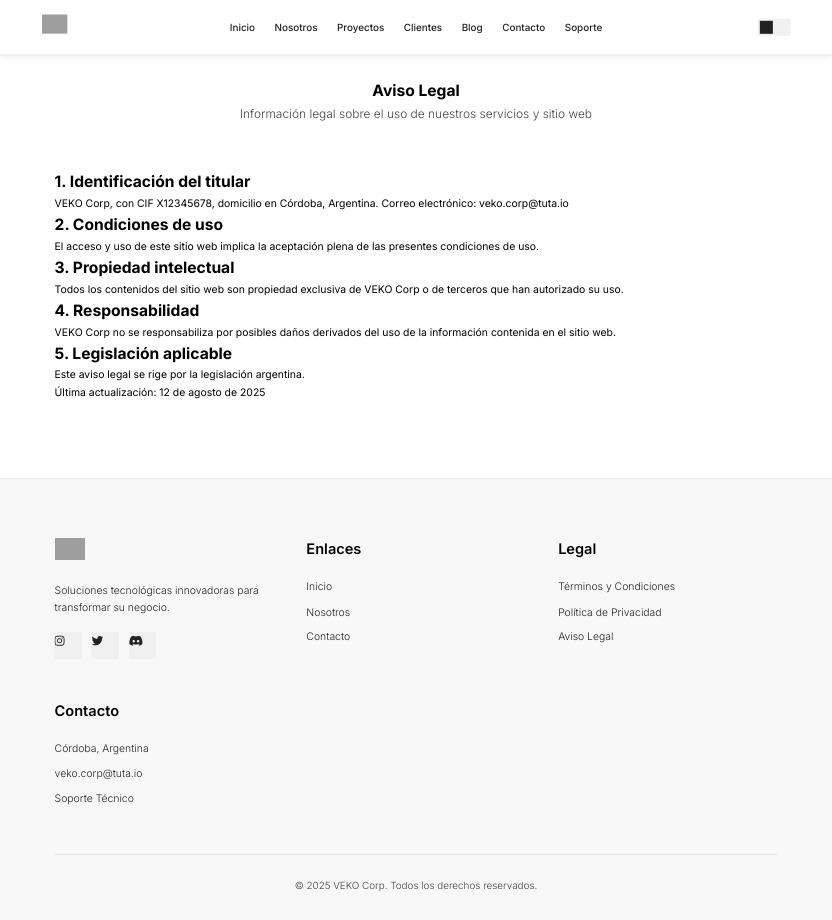
Repository: VEKO-Corp/veko-web
Page: aviso-legal.html
An editor plug-in stored every save of this project. The page is shown before and after the next save, followed by the edit.
The browser window is 1280 px wide. The pictures show the whole page, at 65% of full size.
Pictures or frames that could not be fetched are drawn as grey boxes.

Above is the page before, as saved 2025-08-11 20:59:48.

### aviso-legal.html
<!DOCTYPE html>
<html lang="es">
<head>
    <meta charset="UTF-8">
    <meta name="viewport" content="width=device-width, initial-scale=1.0">
    <title>VEKO - Aviso Legal</title>
    <link href="https://fonts.googleapis.com/css2?family=Inter:wght@300;400;500;600;700&display=swap" rel="stylesheet">
    <link rel="stylesheet" href="css/style.css">
    <link rel="stylesheet" href="https://cdnjs.cloudflare.com/ajax/libs/font-awesome/6.4.0/css/all.min.css">
</head>
<body>
    <header>
        <div class="container header-container">
            <a href="index.html" class="logo">
                <img id="logo-image" src="img/logo-light.png" alt="VEKO">
            </a>
            <button class="mobile-menu-btn">☰</button>
            <nav>
                <ul>
                    <li><a href="index.html">Inicio</a></li>
                    <li><a href="nosotros.html">Nosotros</a></li>
                    <li><a href="proyectos.html">Proyectos</a></li>
                    <li><a href="clientes.html">Clientes</a></li>
                    <li><a href="blog.html">Blog</a></li>
                    <li><a href="contacto.html">Contacto</a></li>
                    <li><a href="soporte.html">Soporte</a></li>
                </ul>
            </nav>
            <div class="theme-toggle" id="themeToggle" aria-label="Cambiar tema">
                <div class="switch-handle"></div>
            </div>
        </div>
    </header>

    <section class="section">
        <div class="container">
            <div class="section-title">
                <h1>Aviso Legal</h1>
                <p>Información legal sobre el uso de nuestros servicios y sitio web</p>
            </div>

            <div class="legal-content">
                <h2>1. Identificación del titular</h2>
                <p>VEKO Corp, con CIF X12345678, domicilio en Córdoba, Argentina. Correo electrónico: veko.corp@tuta.io</p>

                <h2>2. Condiciones de uso</h2>
                <p>El acceso y uso de este sitio web implica la aceptación plena de las presentes condiciones de uso.</p>

                <h2>3. Propiedad intelectual</h2>
                <p>Todos los contenidos del sitio web son propiedad exclusiva de VEKO Corp o de terceros que han autorizado su uso.</p>

                <h2>4. Responsabilidad</h2>
                <p>VEKO Corp no se responsabiliza por posibles daños derivados del uso de la información contenida en el sitio web.</p>

                <h2>5. Legislación aplicable</h2>
                <p>Este aviso legal se rige por la legislación argentina.</p>

                <p>Última actualización: 12 de agosto de 2025</p>
            </div>
        </div>
    </section>

    <footer>
        <div class="container">
            <div class="footer-content">
                <div class="footer-column">
                    <div class="logo-footer">
                        <img id="footer-logo" src="img/logo-light.png" alt="VEKO">
                    </div>
                    <p>Soluciones tecnológicas innovadoras para transformar su negocio.</p>
                    <div class="social-icons">
                        <a href="https://instagram.com" class="social-icon">
                            <i class="fab fa-instagram"></i>
                        </a>
                        <a href="https://twitter.com" class="social-icon">
                            <i class="fab fa-twitter"></i>
                        </a>
                        <a href="https://discord.gg/Fd7Y59jMyu" class="social-icon">
                            <i class="fab fa-discord"></i>
                        </a>
                    </div>
                </div>

                <div class="footer-column">
                    <h3>Enlaces</h3>
                    <a href="index.html">Inicio</a>
                    <a href="nosotros.html">Nosotros</a>
                    <a href="contacto.html">Contacto</a>
                </div>

                <div class="footer-column">
                    <h3>Legal</h3>
                    <a href="terminos-y-condiciones-de-uso.html">Términos y Condiciones</a>
                    <a href="politica-de-privacidad.html">Política de Privacidad</a>
                    <a href="aviso-legal.html">Aviso Legal</a>
                </div>

                <div class="footer-column">
                    <h3>Contacto</h3>
                    <p>Córdoba, Argentina</p>
                    <p>veko.corp@tuta.io</p>
                    <a href="soporte.html">Soporte Técnico</a>
                </div>
            </div>

            <div class="footer-bottom">
                <p>&copy; 2025 VEKO Corp. Todos los derechos reservados.</p>
            </div>
        </div>
    </footer>

    <script src="js/script.js"></script>
</body>
</html>

Loaded but not shown: js/script.js (119 lines, source omitted); css/style.css (733 lines, source omitted)

After the next save:
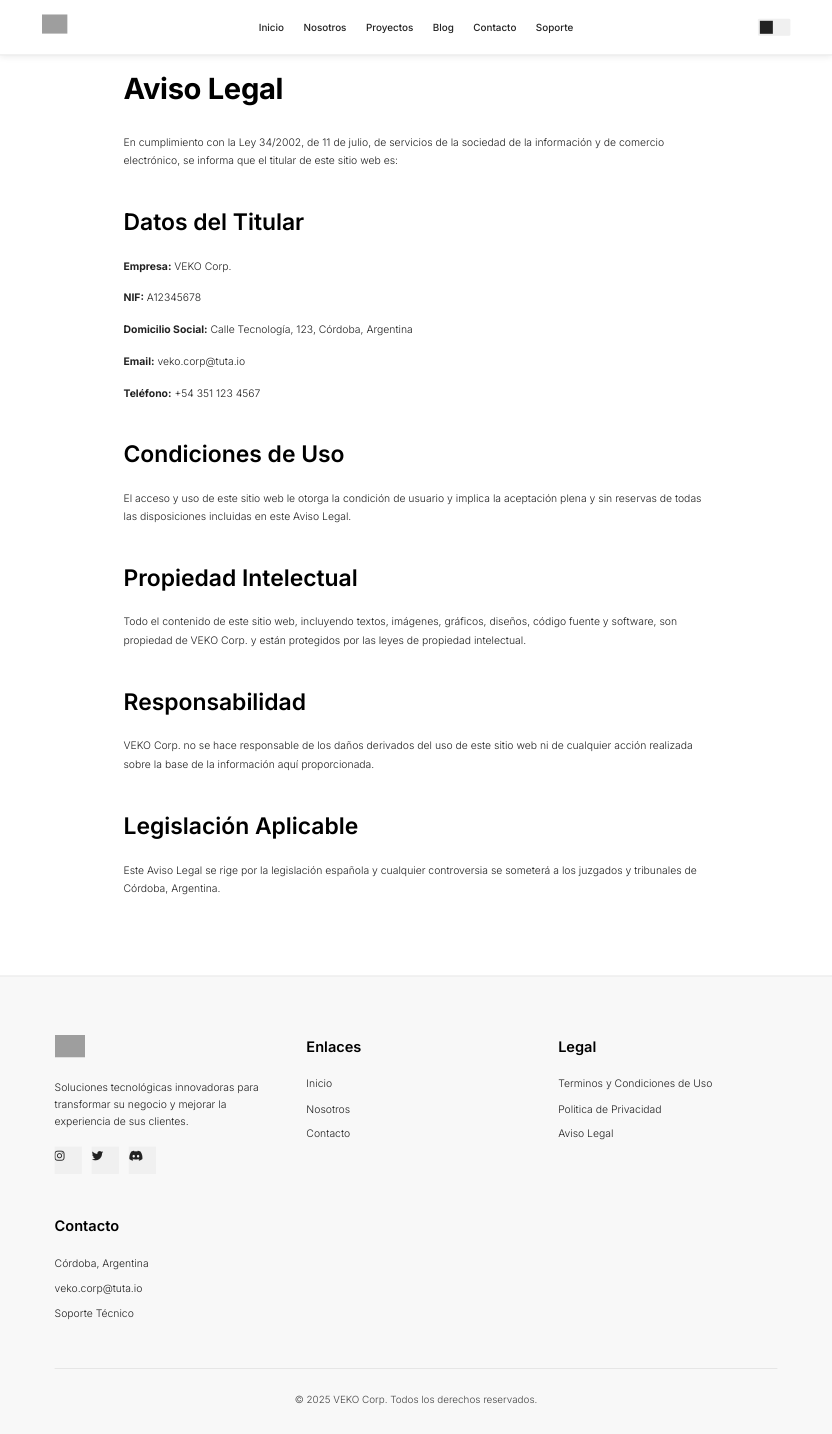
Saved 29 min 31 s later.
--- a/aviso-legal.html
+++ b/aviso-legal.html
@@ -3,7 +3,7 @@
 <head>
     <meta charset="UTF-8">
     <meta name="viewport" content="width=device-width, initial-scale=1.0">
-    <title>VEKO - Aviso Legal</title>
+    <title>Aviso Legal - VEKO</title>
     <link href="https://fonts.googleapis.com/css2?family=Inter:wght@300;400;500;600;700&display=swap" rel="stylesheet">
     <link rel="stylesheet" href="css/style.css">
     <link rel="stylesheet" href="https://cdnjs.cloudflare.com/ajax/libs/font-awesome/6.4.0/css/all.min.css">
@@ -20,7 +20,6 @@
                     <li><a href="index.html">Inicio</a></li>
                     <li><a href="nosotros.html">Nosotros</a></li>
                     <li><a href="proyectos.html">Proyectos</a></li>
-                    <li><a href="clientes.html">Clientes</a></li>
                     <li><a href="blog.html">Blog</a></li>
                     <li><a href="contacto.html">Contacto</a></li>
                     <li><a href="soporte.html">Soporte</a></li>
@@ -32,30 +31,30 @@
         </div>
     </header>
 
-    <section class="section">
+    <section class="content-section">
         <div class="container">
-            <div class="section-title">
+            <div class="content-container">
                 <h1>Aviso Legal</h1>
-                <p>Información legal sobre el uso de nuestros servicios y sitio web</p>
-            </div>
+                <p>En cumplimiento con la Ley 34/2002, de 11 de julio, de servicios de la sociedad de la información y de comercio electrónico, se informa que el titular de este sitio web es:</p>
 
-            <div class="legal-content">
-                <h2>1. Identificación del titular</h2>
-                <p>VEKO Corp, con CIF X12345678, domicilio en Córdoba, Argentina. Correo electrónico: veko.corp@tuta.io</p>
+                <h2>Datos del Titular</h2>
+                <p><strong>Empresa:</strong> VEKO Corp.</p>
+                <p><strong>NIF:</strong> A12345678</p>
+                <p><strong>Domicilio Social:</strong> Calle Tecnología, 123, Córdoba, Argentina</p>
+                <p><strong>Email:</strong> veko.corp@tuta.io</p>
+                <p><strong>Teléfono:</strong> +54 351 123 4567</p>
 
-                <h2>2. Condiciones de uso</h2>
-                <p>El acceso y uso de este sitio web implica la aceptación plena de las presentes condiciones de uso.</p>
+                <h2>Condiciones de Uso</h2>
+                <p>El acceso y uso de este sitio web le otorga la condición de usuario y implica la aceptación plena y sin reservas de todas las disposiciones incluidas en este Aviso Legal.</p>
 
-                <h2>3. Propiedad intelectual</h2>
-                <p>Todos los contenidos del sitio web son propiedad exclusiva de VEKO Corp o de terceros que han autorizado su uso.</p>
+                <h2>Propiedad Intelectual</h2>
+                <p>Todo el contenido de este sitio web, incluyendo textos, imágenes, gráficos, diseños, código fuente y software, son propiedad de VEKO Corp. y están protegidos por las leyes de propiedad intelectual.</p>
 
-                <h2>4. Responsabilidad</h2>
-                <p>VEKO Corp no se responsabiliza por posibles daños derivados del uso de la información contenida en el sitio web.</p>
+                <h2>Responsabilidad</h2>
+                <p>VEKO Corp. no se hace responsable de los daños derivados del uso de este sitio web ni de cualquier acción realizada sobre la base de la información aquí proporcionada.</p>
 
-                <h2>5. Legislación aplicable</h2>
-                <p>Este aviso legal se rige por la legislación argentina.</p>
-
-                <p>Última actualización: 12 de agosto de 2025</p>
+                <h2>Legislación Aplicable</h2>
+                <p>Este Aviso Legal se rige por la legislación española y cualquier controversia se someterá a los juzgados y tribunales de Córdoba, Argentina.</p>
             </div>
         </div>
     </section>
@@ -63,39 +62,39 @@
     <footer>
         <div class="container">
             <div class="footer-content">
-                <div class="footer-column">
+                <div class="footer-column fade-in">
                     <div class="logo-footer">
                         <img id="footer-logo" src="img/logo-light.png" alt="VEKO">
                     </div>
-                    <p>Soluciones tecnológicas innovadoras para transformar su negocio.</p>
+                    <p>Soluciones tecnológicas innovadoras para transformar su negocio y mejorar la experiencia de sus clientes.</p>
                     <div class="social-icons">
-                        <a href="https://instagram.com" class="social-icon">
-                            <i class="fab fa-instagram"></i>
+                        <a href="https://instagram.com" class="social-icon" target="_blank" rel="noopener">
+                        <i class="fab fa-instagram"></i>
                         </a>
-                        <a href="https://twitter.com" class="social-icon">
-                            <i class="fab fa-twitter"></i>
+                        <a href="https://twitter.com" class="social-icon" target="_blank" rel="noopener">
+                        <i class="fab fa-twitter"></i>
                         </a>
-                        <a href="https://discord.gg/Fd7Y59jMyu" class="social-icon">
-                            <i class="fab fa-discord"></i>
+                        <a href="https://discord.gg/Fd7Y59jMyu" class="social-icon" target="_blank" rel="noopener">
+                        <i class="fab fa-discord"></i>
                         </a>
                     </div>
                 </div>
 
-                <div class="footer-column">
+                <div class="footer-column fade-in delay-1">
                     <h3>Enlaces</h3>
                     <a href="index.html">Inicio</a>
                     <a href="nosotros.html">Nosotros</a>
                     <a href="contacto.html">Contacto</a>
                 </div>
 
-                <div class="footer-column">
+                <div class="footer-column fade-in delay-2">
                     <h3>Legal</h3>
-                    <a href="terminos-y-condiciones-de-uso.html">Términos y Condiciones</a>
-                    <a href="politica-de-privacidad.html">Política de Privacidad</a>
+                    <a href="terminos-y-condiciones-de-uso.html">Terminos y Condiciones de Uso</a>
+                    <a href="politica-de-privacidad.html">Politica de Privacidad</a>
                     <a href="aviso-legal.html">Aviso Legal</a>
                 </div>
 
-                <div class="footer-column">
+                <div class="footer-column fade-in delay-3">
                     <h3>Contacto</h3>
                     <p>Córdoba, Argentina</p>
                     <p>veko.corp@tuta.io</p>
@@ -103,7 +102,7 @@
                 </div>
             </div>
 
-            <div class="footer-bottom">
+            <div class="footer-bottom fade-in delay-4">
                 <p>&copy; 2025 VEKO Corp. Todos los derechos reservados.</p>
             </div>
         </div>
